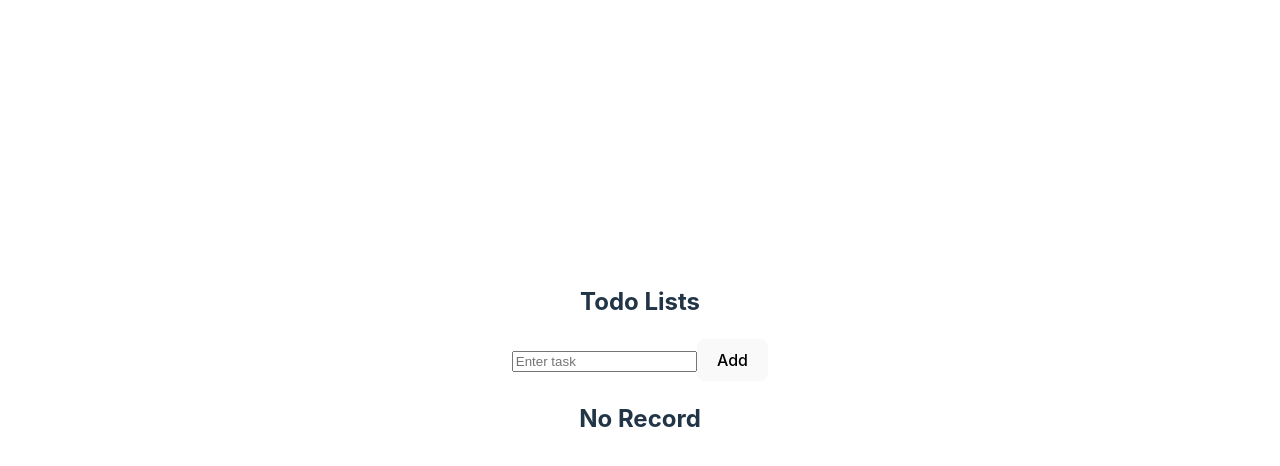
Repository: thainguyen282/TodoList
Page: / (app in todolist/)
An editor plug-in stored every save of this project. The page is shown before and after the next save, followed by the edit.
The browser window is 1280 px wide. The pictures show the whole page.
The page's requests for data from a server got no answer. The project was rebuilt for these pictures with package versions that can differ from the ones it lists, and the page was loaded fresh each time. No one was signed in, and anything a server would have sent is missing. Also part of the build but not shown: todolist/vite.config.js.

Above is the page before, as saved 2023-11-12 11:22:01.

After the next save:
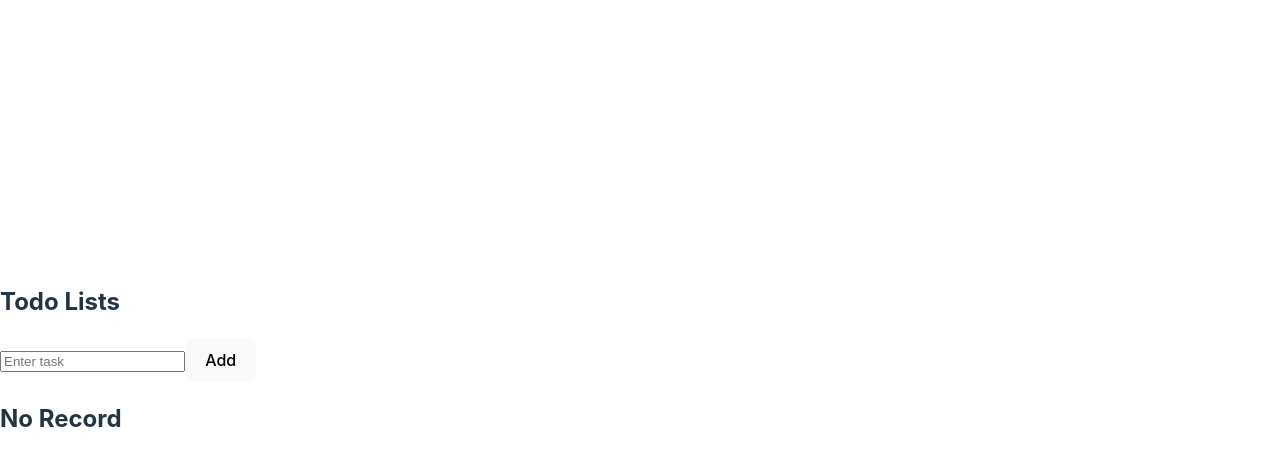
Saved 102 s later.
--- a/todolist/src/App.css
+++ b/todolist/src/App.css
@@ -1,9 +1,4 @@
-#root {
-  max-width: 1280px;
-  margin: 0 auto;
-  padding: 2rem;
-  text-align: center;
-}
+
 
 .task {
   display: flex;
